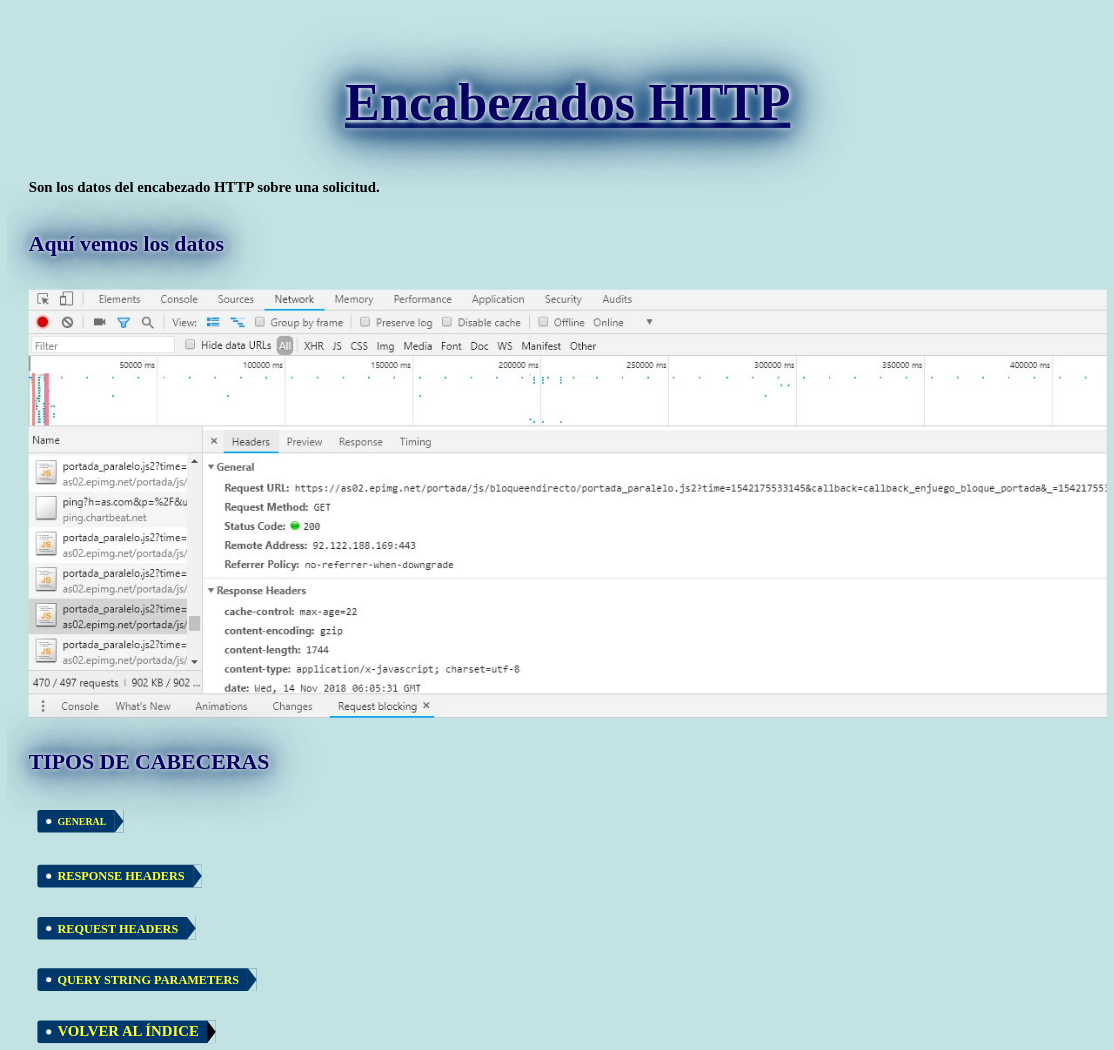
Repository: VictorinoBF97/HerramientasDesarollo
Page: headers.html
The author's editor kept a copy of each file at every save. The page is drawn from the files as they stood at one save, then again after the next save.
The browser window is 1280 px wide. The pictures show the whole page, at 87% of full size.

Above is the page before, as saved 2018-12-09 09:20:37.
Not found: main.js

After the next save:
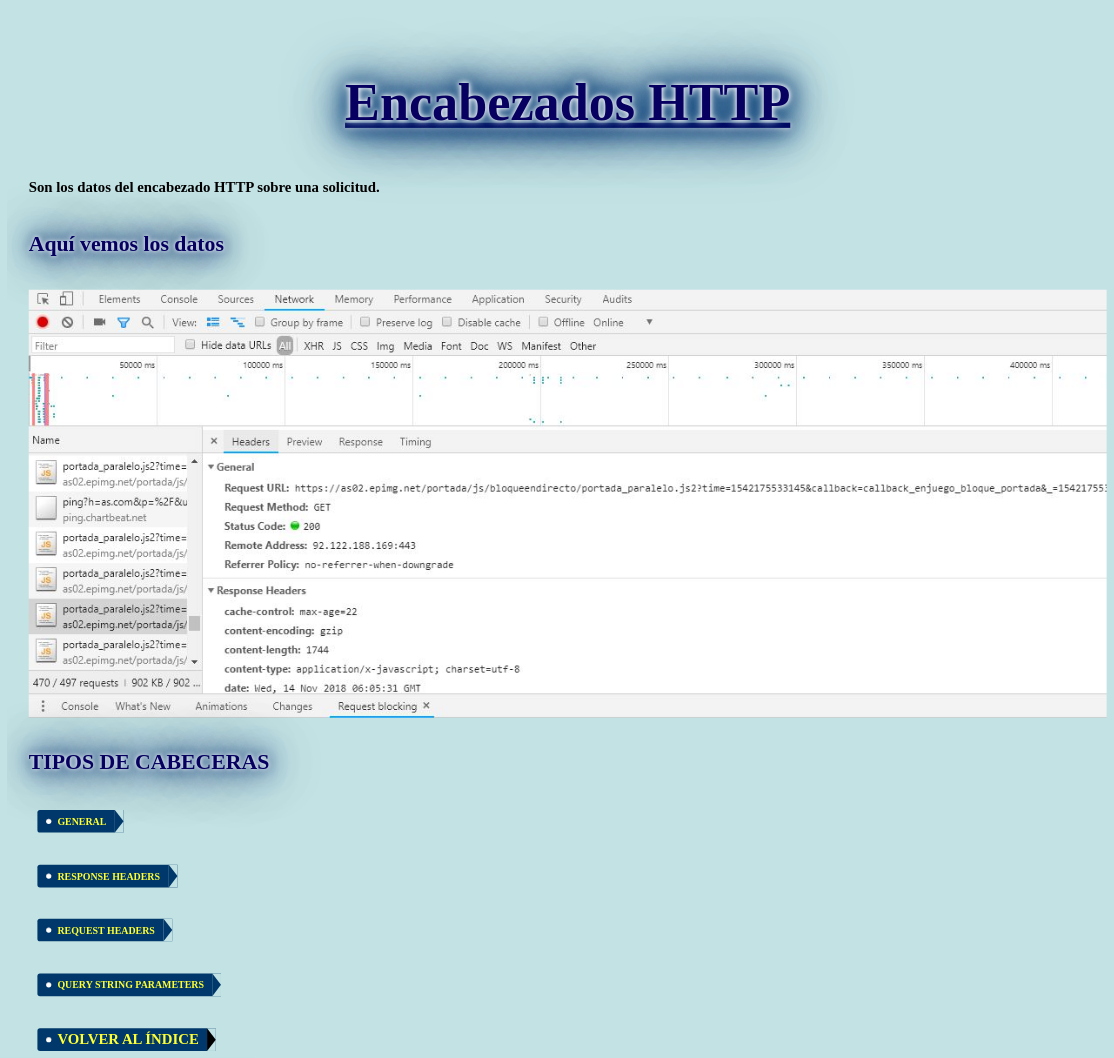
Saved 2 min 38 s later.
--- a/headers.html
+++ b/headers.html
@@ -15,10 +15,10 @@
             <h4>Aquí vemos los datos</h4>
                 <img src="./images/encabezado.JPG" />
         <h3>TIPOS DE CABECERAS</h3>
-            <h6><a href="general.html">GENERAL</a></h5>
-            <h5><a href="responseHeaders.html">RESPONSE HEADERS</a></h5>
-            <h5><a href="requestHeaders.html">REQUEST HEADERS</a></h5>
-            <h5><a href="queryStringParameters.html">QUERY STRING PARAMETERS</a></h5>
+            <h6><a href="general.html">GENERAL</a></h6>
+            <h6><a href="responseHeaders.html">RESPONSE HEADERS</a></h6>
+            <h6><a href="requestHeaders.html">REQUEST HEADERS</a></h6>
+            <h6><a href="queryStringParameters.html">QUERY STRING PARAMETERS</a></h6>
 
 
 
